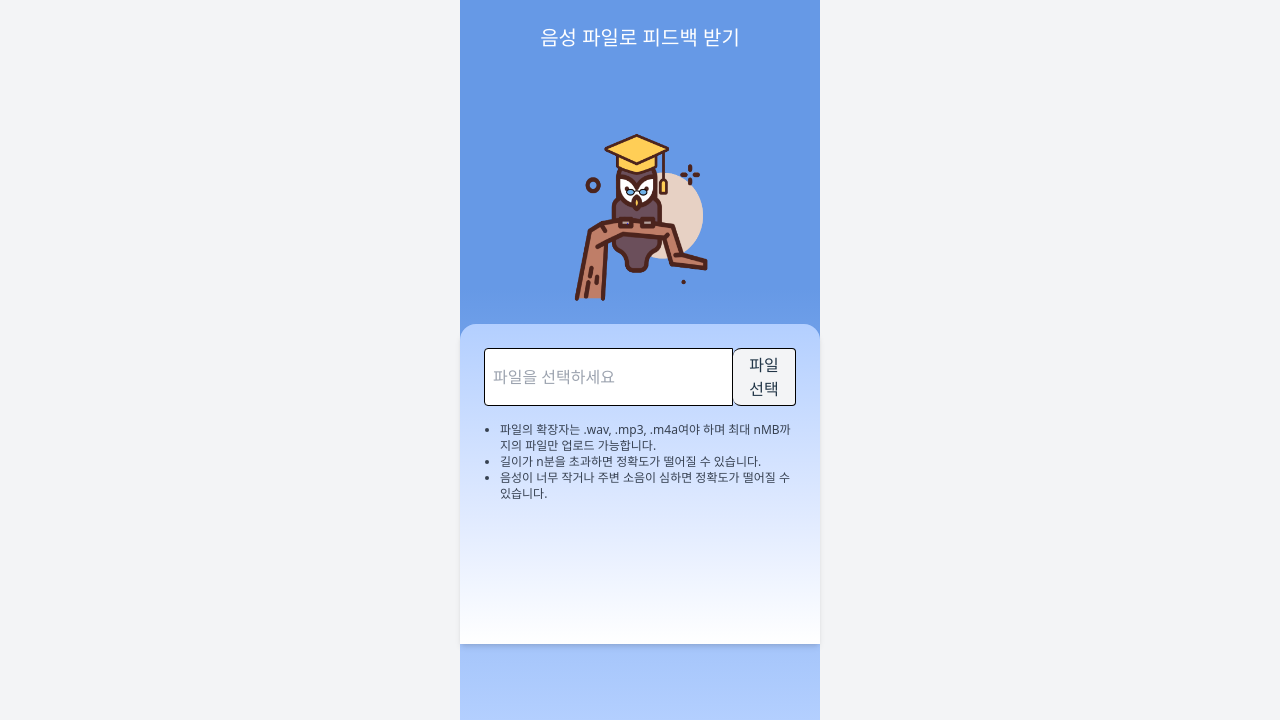
Repository: yurim1205/mini_front
Page: /record (app in frontend/)
These files come from the project's save history. The page is drawn as it stood at one moment and after the next save; the edit follows.
The browser window is 1280 px wide. The pictures show the whole page.
The project was rebuilt for these pictures with package versions that can differ from the ones it lists, and the page was loaded fresh each time. Also part of the build but not shown: frontend/vite.config.js, frontend/src/components/common/Button.jsx, frontend/src/components/buttons/fileFeedbackBtn.jsx, frontend/src/components/buttons/rec_FeedbackBtn.jsx, frontend/src/pages/home.jsx, frontend/src/pages/fileFeedback.jsx.

Above is the page before, as saved 2025-05-14 09:27:23.

After the next save:
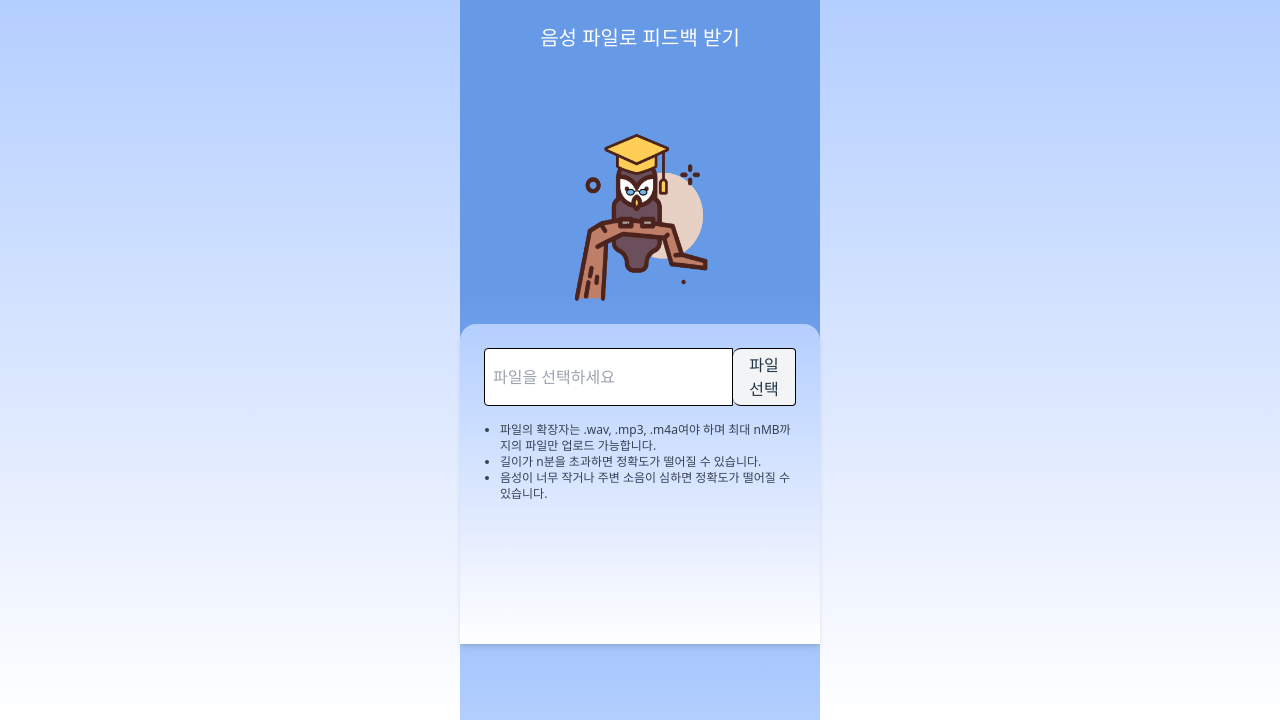
Saved 60 s later.
--- a/frontend/src/pages/recordFeedback.jsx
+++ b/frontend/src/pages/recordFeedback.jsx
@@ -6,7 +6,12 @@
   const navigate = useNavigate();
 
   return (
-    <div className="w-screen h-screen flex justify-center items-center bg-gray-100">
+    <div
+      className="w-screen h-screen flex justify-center items-center"
+      style={{
+        background: "linear-gradient(to bottom, #b3cfff 0%, #e0eaff 60%, #fff 100%)"
+      }}
+    >
       <div
         className="relative h-screen flex flex-col items-center max-w-[360px] w-full"
         style={{
@@ -25,7 +30,7 @@
         />
 
         <div
-          className="z-index rounded-t-2xl rounded-b-none shadow-md w-full px-6 py-6 mt-2 flex flex-col items-center min-h-[320px]"
+          className="rounded-t-2xl rounded-b-none shadow-md w-full px-6 py-6 mt-2 flex flex-col items-center min-h-[320px]"
           style={{
             background: "linear-gradient(to bottom, #b3cfff 0%, #e0eaff 60%, #fff 100%)"
           }}
